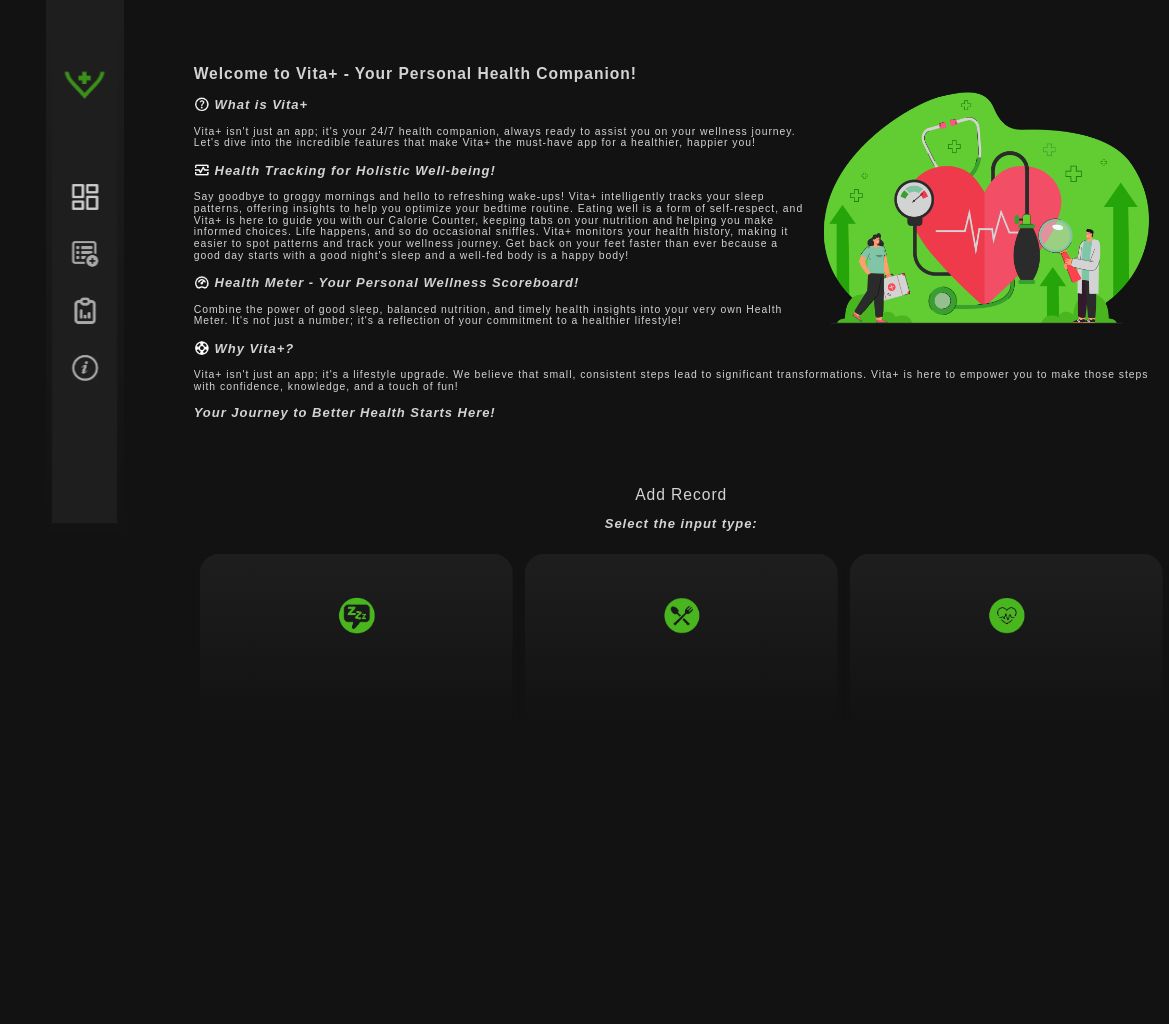
Repository: mhmd-bilal/health-analytics-dashboard
Page: http://localhost/project/info.jsp
These files come from the project's save history. The page is drawn as it stood at one moment and after the next save; the edit follows.
The browser window is 1280 px wide. The page is 1798 px wide, so the pictures cover 1798 px, including what lies to the right of the window. The pictures show the whole page, at 65% of full size.
Some web fonts or font styles are not loaded; a fallback is used. Some web libraries are served in a nearby version. The page is served by Tomcat 10.

Above is the page before, as saved 2023-12-06 15:44:28.

After the next save:
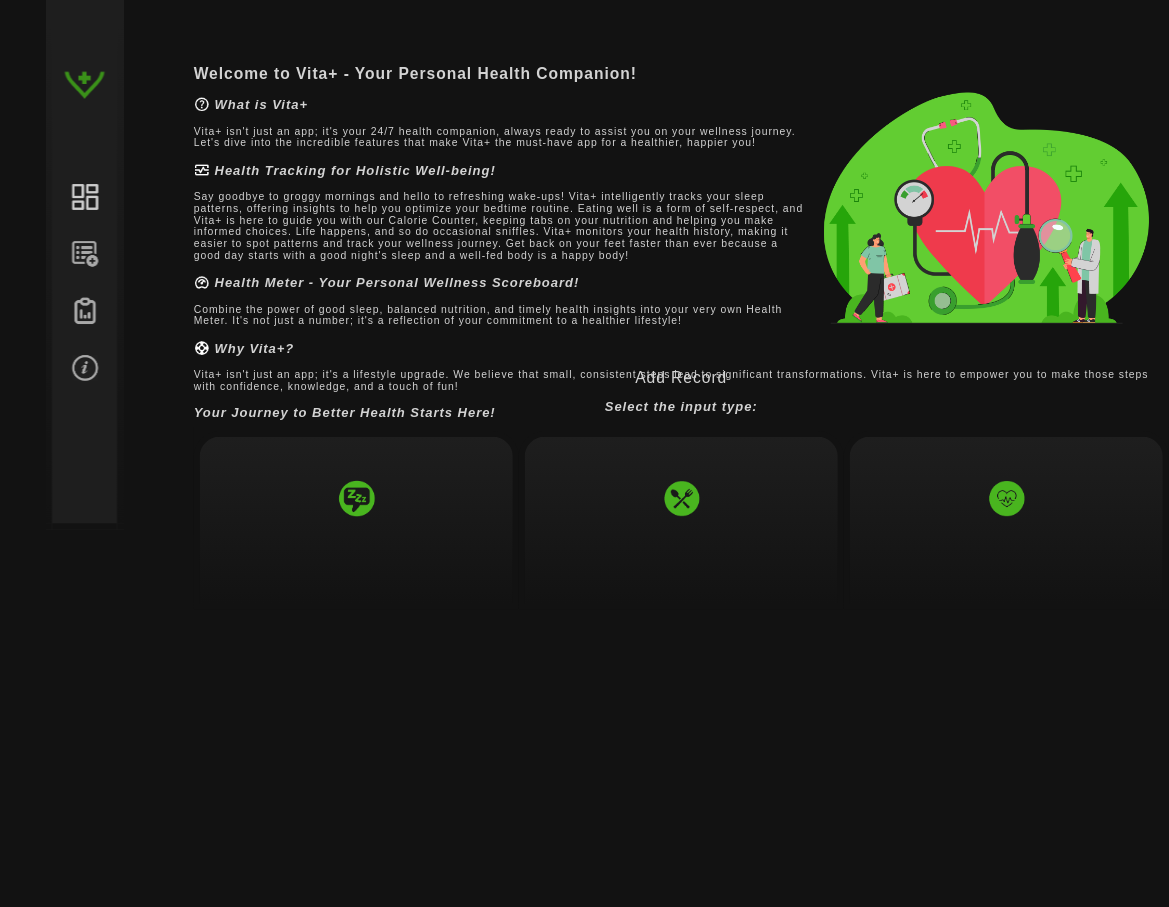
Saved 17 s later.
--- a/project/src/main/webapp/info.jsp
+++ b/project/src/main/webapp/info.jsp
@@ -85,7 +85,7 @@ Vita+ isn't just an app; it's a lifestyle upgrade. We believe that small, consis
 
       </div>
 
-  <div class="main" style="text-align: center;margin-top: 100px;">
+  <div class="main" style="text-align: center;margin-top: -100px;">
     <h2 style="font-weight: 400;">Add Record</h2>
     <p style="font-weight: bold;font-style:italic;font-size: 20px;">Select the input type:</p>
 
